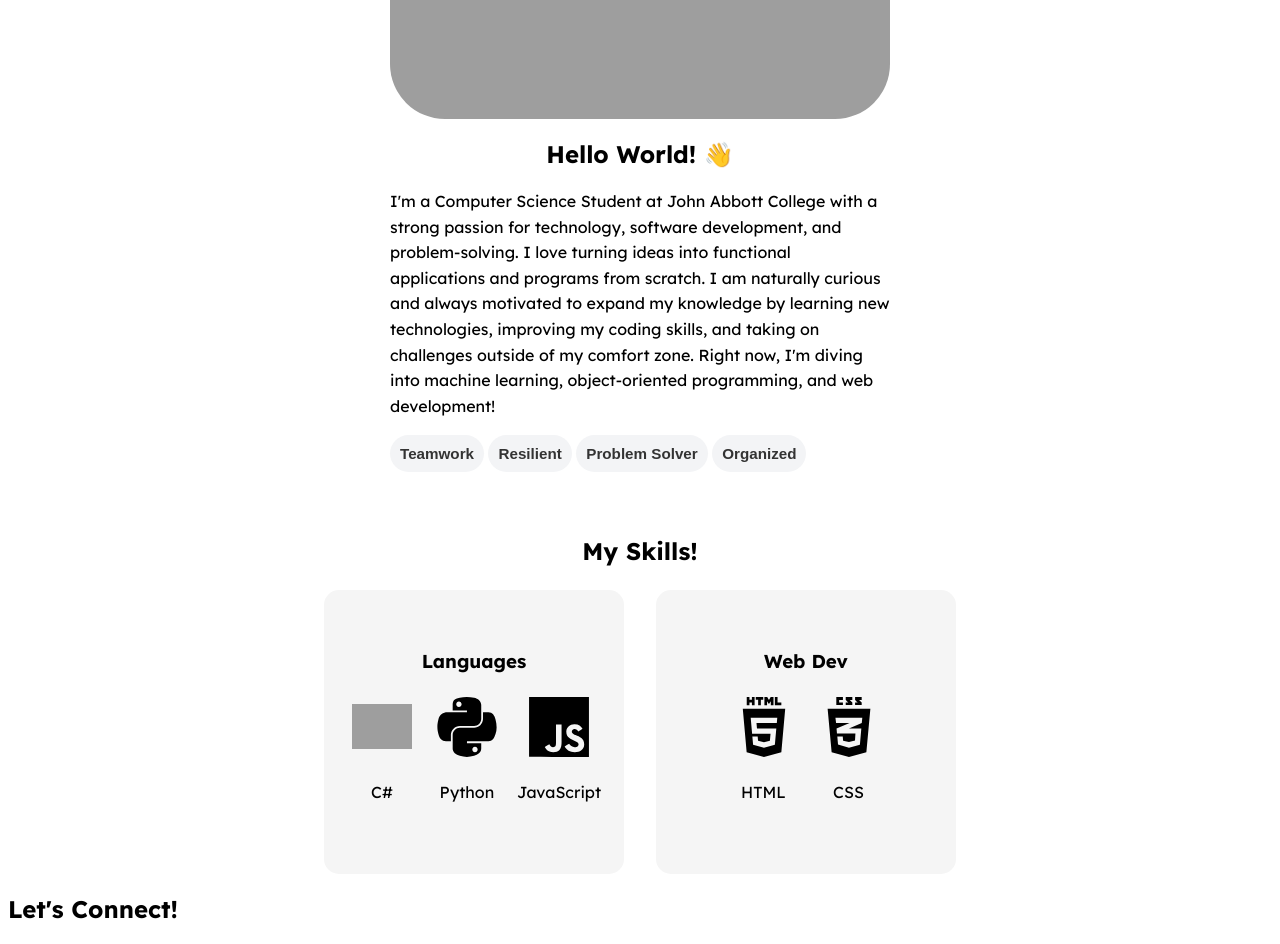
Repository: perrybalaba/perrybalaba
Page: index.html
The author's editor kept a copy of each file at every save. The page is drawn from the files as they stood at one save, then again after the next save.
The browser window is 1280 px wide. The pictures show the part of the page from y = 671 to 1623 px (the page is 1615 px tall before and 1623 px after).
Pictures or frames that could not be fetched are drawn as grey boxes. Some web fonts or font styles are not loaded; a fallback is used.

Above is the page before, as saved 2026-05-13 20:02:23.

After the next save:
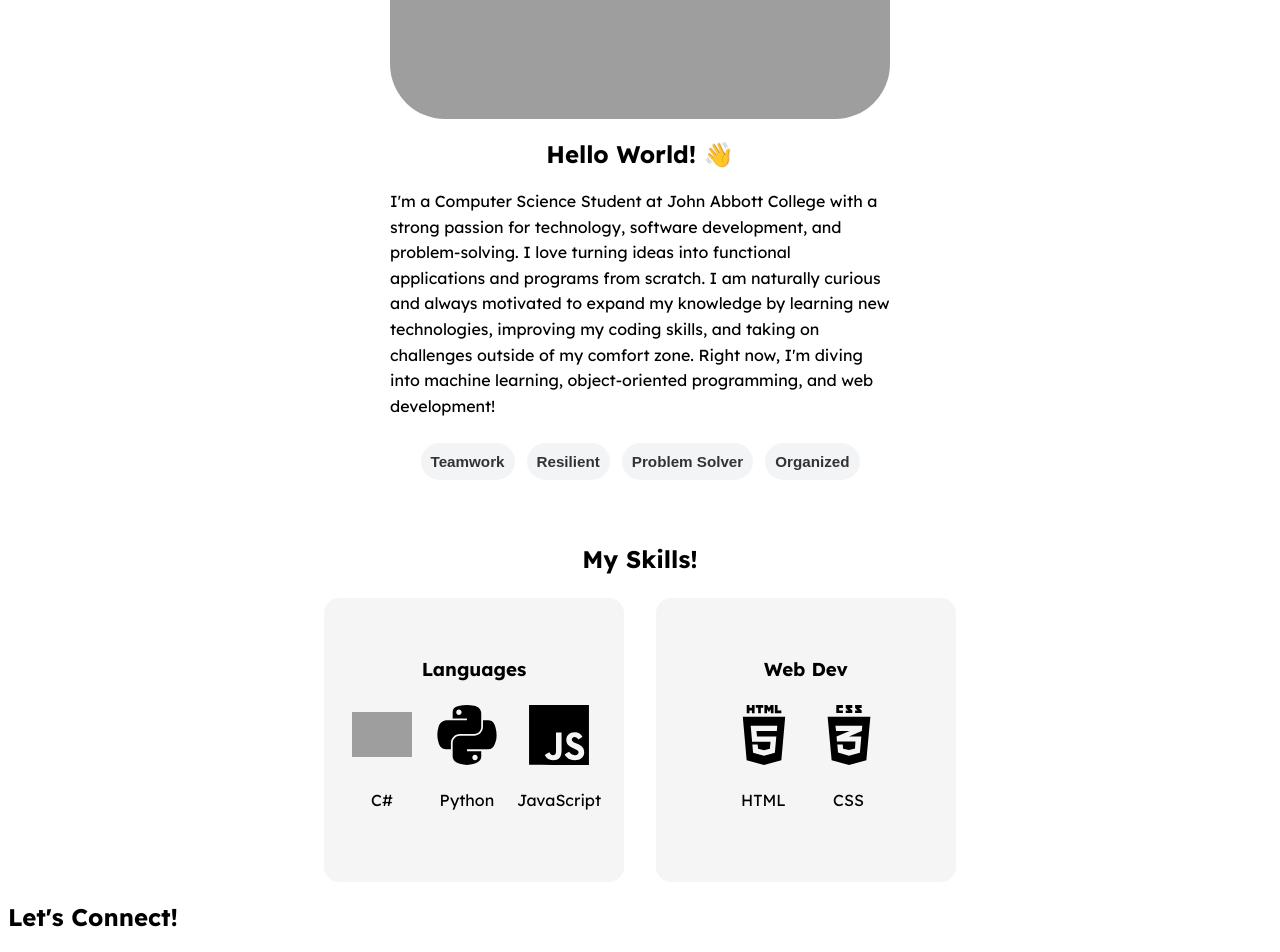
Saved 4 min 28 s later.
--- a/styles/index.css
+++ b/styles/index.css
@@ -56,6 +56,15 @@ nav ul li a:hover {
 }
 
 /* SOFT SKILLS */
+.Soft-Skills-Container {
+    display: flex;
+    justify-content: center;
+    align-items: center;
+    gap: 12px;
+    flex-wrap: wrap;
+    margin-top: 1.5rem;
+}
+
 .Soft-Skills {
     background-color: #f3f4f6;
     color: #333;
@@ -69,7 +78,7 @@ nav ul li a:hover {
 
 .Soft-Skills:hover {
     transform: translateY(-2px);
-    background-color: #6366F1;
+    background-color: #4b5563;
     color: white;
 }
 
